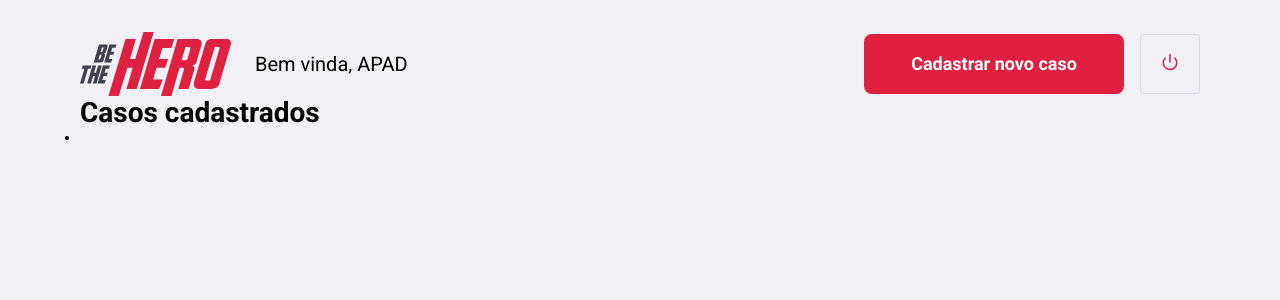
Repository: pedroevangelista/be-the-hero
Page: /profile (app in frontend/)
An editor plug-in stored every save of this project. The page is shown before and after the next save, followed by the edit.
The browser window is 1280 px wide. The pictures show the whole page.
The project was rebuilt for these pictures with package versions that can differ from the ones it lists, and the page was loaded fresh each time. Also part of the build but not shown: frontend/src/pages/Logon/styles.css, frontend/src/pages/Logon/index.js, frontend/src/pages/Register/styles.css, frontend/src/pages/Register/index.js.

Above is the page before, as saved 2020-03-25 15:02:15.

After the next save:
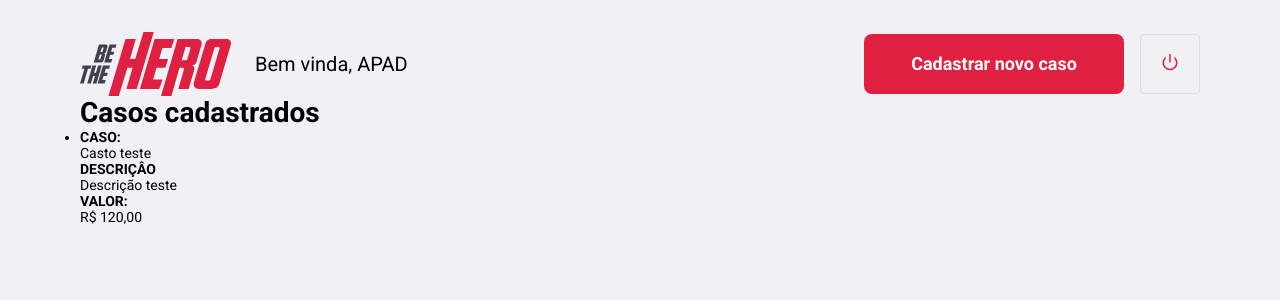
Saved 3 h 58 min later.
--- a/frontend/src/pages/Profile/index.js
+++ b/frontend/src/pages/Profile/index.js
@@ -21,7 +21,16 @@
             <h1>Casos cadastrados</h1>
 
             <ul>
-                <li></li>
+                <li>
+                    <strong>CASO:</strong>
+                    <p>Casto teste</p>
+
+                    <strong>DESCRIÇÂO</strong>
+                    <p>Descrição teste</p>
+
+                    <strong>VALOR:</strong>
+                    <p>R$ 120,00</p>
+                </li>
             </ul>
         </div>
     );
